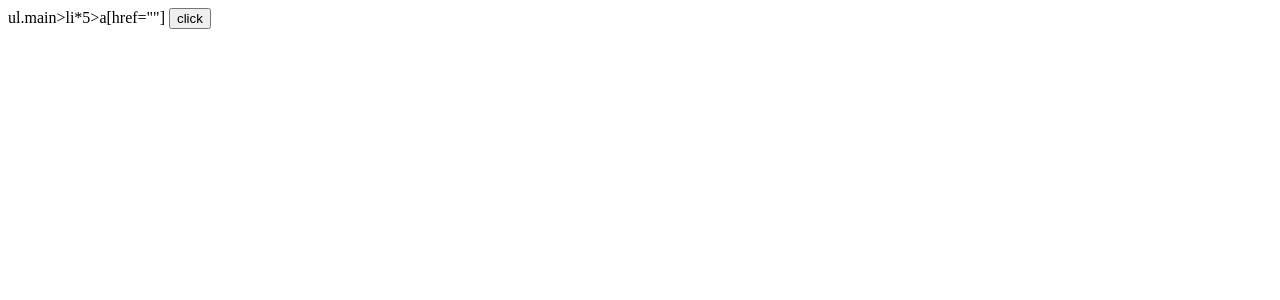
Repository: Kienroro2003/Kienroro-Learning-Evondev-Course
Page: reactjs/test.html
The author's editor kept a copy of each file at every save. The page is drawn from the files as they stood at one save, then again after a run of saves.
The browser window is 1280 px wide. The pictures show the whole page.

Above is the page before, as saved 2022-10-19 02:28:14.

### reactjs/test.html
<!DOCTYPE html>
<html lang="en">
  <head>
    <meta charset="UTF-8" />
    <meta http-equiv="X-UA-Compatible" content="IE=edge" />
    <meta name="viewport" content="width=device-width, initial-scale=1.0" />
    <title>set attribute</title>
    <style>
      a {
        display: inline-block;
        padding: 10px 20px;
        background-color: tomato;
        color: white;
        text-decoration: none;
        border-radius: 5px;
      }
    </style>
  </head>
  <body>
    ul.main>li*5>a[href=""]
    <button onclick="changeAttribute()">click</button>
    <script>
      function changeAttribute() {
        const attr = document.querySelectorAll(".link");
        attr.forEach((selector) => selector.setAttribute("target", "_blank"));
      }
    </script>
  </body>
</html>

After the next 3 saves:
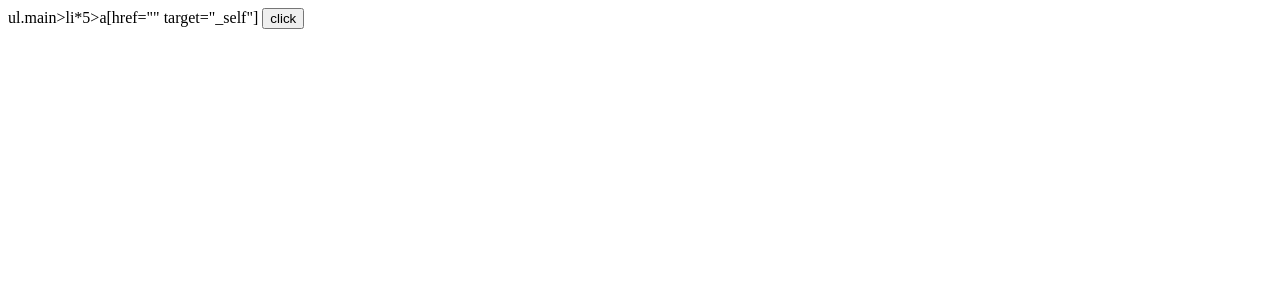
The 3 saves are shown as one change because they came seconds apart.
The last was saved 21 s later.
--- a/reactjs/test.html
+++ b/reactjs/test.html
@@ -17,7 +17,7 @@
     </style>
   </head>
   <body>
-    ul.main>li*5>a[href=""]
+    ul.main>li*5>a[href="" target="_self"]
     <button onclick="changeAttribute()">click</button>
     <script>
       function changeAttribute() {
